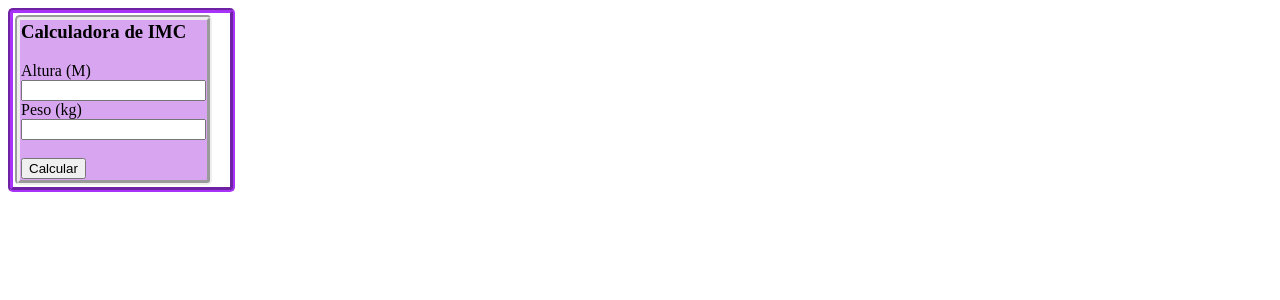
Repository: Patriciamativi/Projetos
Page: index.html
The author's editor kept a copy of each file at every save. The page is drawn from the files as they stood at one save, then again after the next save.
The browser window is 1280 px wide. The pictures show the whole page.

Above is the page before, as saved 2022-11-21 16:14:18.

### index.html
<html>
    <head>
        <title>Calculadora de IMC</title>
        <meta charset="utf-8"/>
        <link rel="stylesheet" href="style.css"> <!-- AQUI VOCÊ  CRIA UMA PÁGINA CSS PARA COLOCAR ESTILO NO SE PROJETO-->
    </head>

   <div id="borda">
<table border="0">
    <body>
            <tr> <td> <h3>Calculadora de IMC</h3>

            Altura (M)<br/>
            <input type: "number" > </br>

            Peso (kg)<br/>
            <input type: "number" > </br> </br>

            <input type= "submit" value="Calcular"> </td>
            </tr>

    </table>
</div>
        </body>
</html>

### style.css
#borda {
    border: 5px groove rgb(168, 50, 247);
    border-radius: 5px;
    width: 217px;
}
td {
    border: 5px groove;
    border-radius: 5px;
    background-color: rgb(216, 166, 240);
}

After the next save:
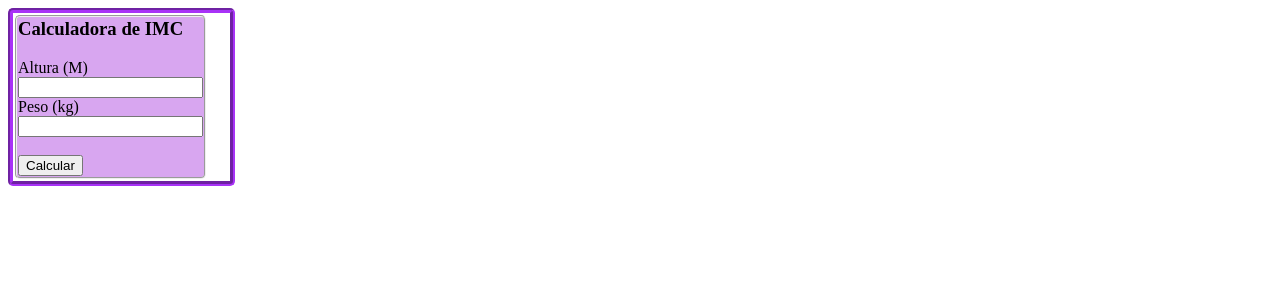
Saved 8 s later.
--- a/style.css
+++ b/style.css
@@ -4,7 +4,7 @@
     width: 217px;
 }
 td {
-    border: 5px groove;
+    border: 2px groove;
     border-radius: 5px;
     background-color: rgb(216, 166, 240);
 }
